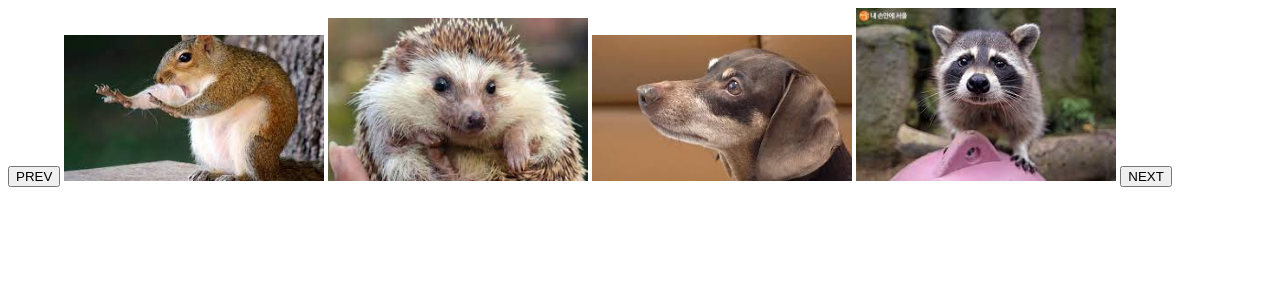
Repository: cdj6995/Web
Page: Lecture-Web/src/main/webapp/jquery/exam07.html
These files come from the project's save history. The page is drawn as it stood at one moment and after a run of saves; the edit follows.
The browser window is 1280 px wide. The pictures show the whole page.

Above is the page before, as saved 2022-05-31 00:56:51.

### Lecture-Web/src/main/webapp/jquery/exam07.html
<!DOCTYPE html>
<html>
<head>
	<meta charset="UTF-8">
	<title>Insert title here</title>
	<style>
		img{
			width : 260px;
			heigt : 220px;
		}


	</style>
	<script src="https://code.jquery.com/jquery-3.6.0.js"></script>
	<script>
		$(document).ready(function() {
			$('button').click(function() {
				$('img').last().prependTo('div')
			})
		})
	</script>
</head>
<body>
	<button id="preBtn">PREV</button>
	<span>
		<img src="image/사진01.jpg">
		<img src="image/사진02.jpg">
		<img src="image/사진03.jpg">
		<img src="image/사진04.jpg">
	</span>
	<button id="nextBtn">NEXT</button>
</body>
</html>

After the next 2 saves:
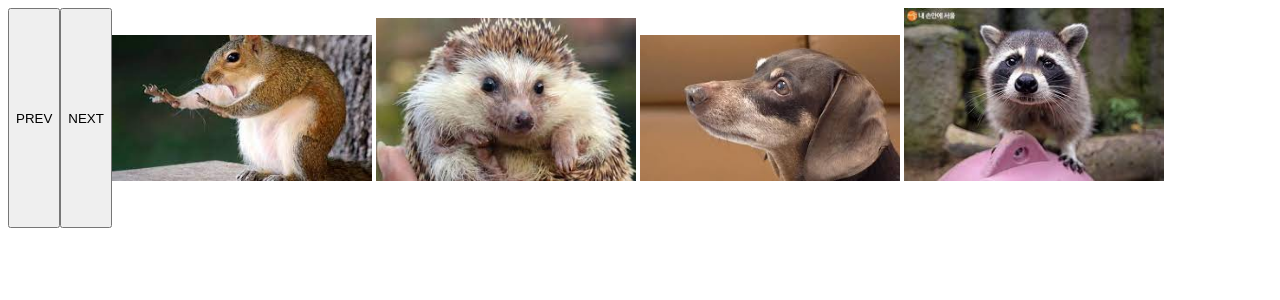
The 2 saves are shown as one change because they came seconds apart.
The last was saved 46 s later.
--- a/Lecture-Web/src/main/webapp/jquery/exam07.html
+++ b/Lecture-Web/src/main/webapp/jquery/exam07.html
@@ -7,6 +7,11 @@
 		img{
 			width : 260px;
 			heigt : 220px;
+		}
+
+		button{
+			height : 220px;
+			float : left;
 		}
 
 
